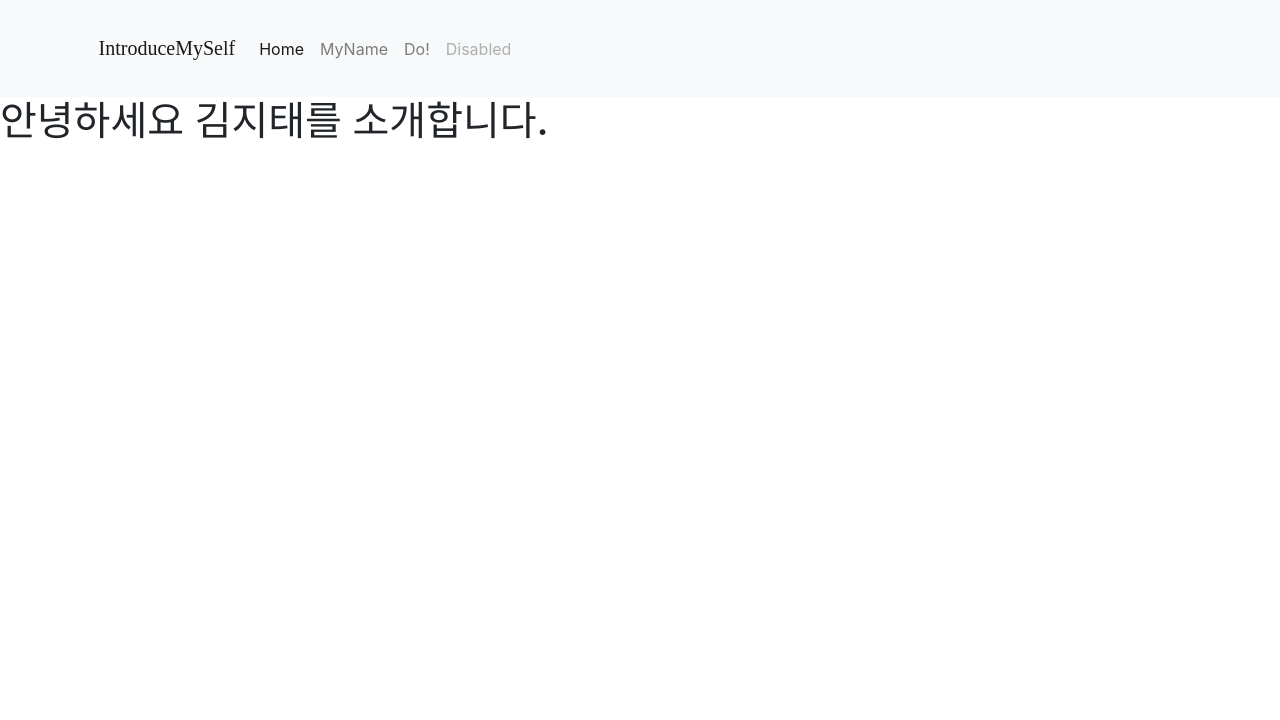
Repository: wlxo0401/IntroduveMySelf
Page: IntroduceMySelf/WebContent/Index.html
The author's editor kept a copy of each file at every save. The page is drawn from the files as they stood at one save, then again after the next save.
The browser window is 1280 px wide. The pictures show the whole page.

Above is the page before, as saved 2020-03-11 05:01:39.

### IntroduceMySelf/WebContent/Index.html
<!DOCTYPE html>
<html>
  <head>
    <!-- Required meta tags -->
    <meta charset="utf-8">
    <meta name="viewport" content="width=device-width, initial-scale=1, shrink-to-fit=no">

    <!-- Bootstrap CSS -->
    <link rel="stylesheet" href="https://stackpath.bootstrapcdn.com/bootstrap/4.4.1/css/bootstrap.min.css" integrity="sha384-Vkoo8x4CGsO3+Hhxv8T/Q5PaXtkKtu6ug5TOeNV6gBiFeWPGFN9MuhOf23Q9Ifjh" crossorigin="anonymous">

    <title>Hello, world!</title>
    <link rel = "stylesheet" href = "style.css">
  </head>
<body>

<div id = "wrap">
	<!-- header -->
	<div id = "header">
		<nav class="navbar navbar-expand-lg navbar-light bg-light nav-distance">
			<a class="navbar-brand" href="#">IntroduceMySelf</a>
		  	<button class="navbar-toggler" type="button" data-toggle="collapse" data-target="#navbarNav" aria-controls="navbarNav" aria-expanded="false" aria-label="Toggle navigation">
		    	<span class="navbar-toggler-icon"></span>
		  	</button>
		  	<div class="collapse navbar-collapse" id="navbarNav">
		    	<ul class="navbar-nav">
		      		<li class="nav-item active">
		        		<a class="nav-link" href="#">Home <span class="sr-only">(current)</span></a>
		      		</li>
		      		<li class="nav-item">
		        		<a class="nav-link" href="#">MyName</a>
		      		</li>
		      		<li class="nav-item">
		        		<a class="nav-link" href="#">Do!</a>
		      		</li>
		      		<li class="nav-item">
		        		<a class="nav-link disabled" href="#" tabindex="-1" aria-disabled="true">Disabled</a>
		      		</li>
		    	</ul>
			</div>
		</nav>
	</div>
	<!-- //header -->
	<!-- container -->
	<div id = "container">
	<h1>안녕하세요 김지태를 소개합니다.</h1>
	</div>
	<!-- //container -->
	<!-- footer -->
	<div id = "footer">
	</div>
	<!-- //footer -->
</div>
<!-- Optional JavaScript -->
<!-- jQuery first, then Popper.js, then Bootstrap JS -->
<script src="https://code.jquery.com/jquery-3.4.1.slim.min.js" integrity="sha384-J6qa4849blE2+poT4WnyKhv5vZF5SrPo0iEjwBvKU7imGFAV0wwj1yYfoRSJoZ+n" crossorigin="anonymous"></script>
<script src="https://cdn.jsdelivr.net/npm/popper.js@1.16.0/dist/umd/popper.min.js" integrity="sha384-Q6E9RHvbIyZFJoft+2mJbHaEWldlvI9IOYy5n3zV9zzTtmI3UksdQRVvoxMfooAo" crossorigin="anonymous"></script>
<script src="https://stackpath.bootstrapcdn.com/bootstrap/4.4.1/js/bootstrap.min.js" integrity="sha384-wfSDF2E50Y2D1uUdj0O3uMBJnjuUD4Ih7YwaYd1iqfktj0Uod8GCExl3Og8ifwB6" crossorigin="anonymous"></script>
</body>
</html>

### IntroduceMySelf/WebContent/style.css
body{
	background-color: #ffffff
}


.nav-distance{
	padding: 2.1% 7.7%
}

.navbar-brand{
	font-family: NanumSquareR;
	line-height: 1.68;
	text-align: left;
	color: #35465d;
}

After the next save:
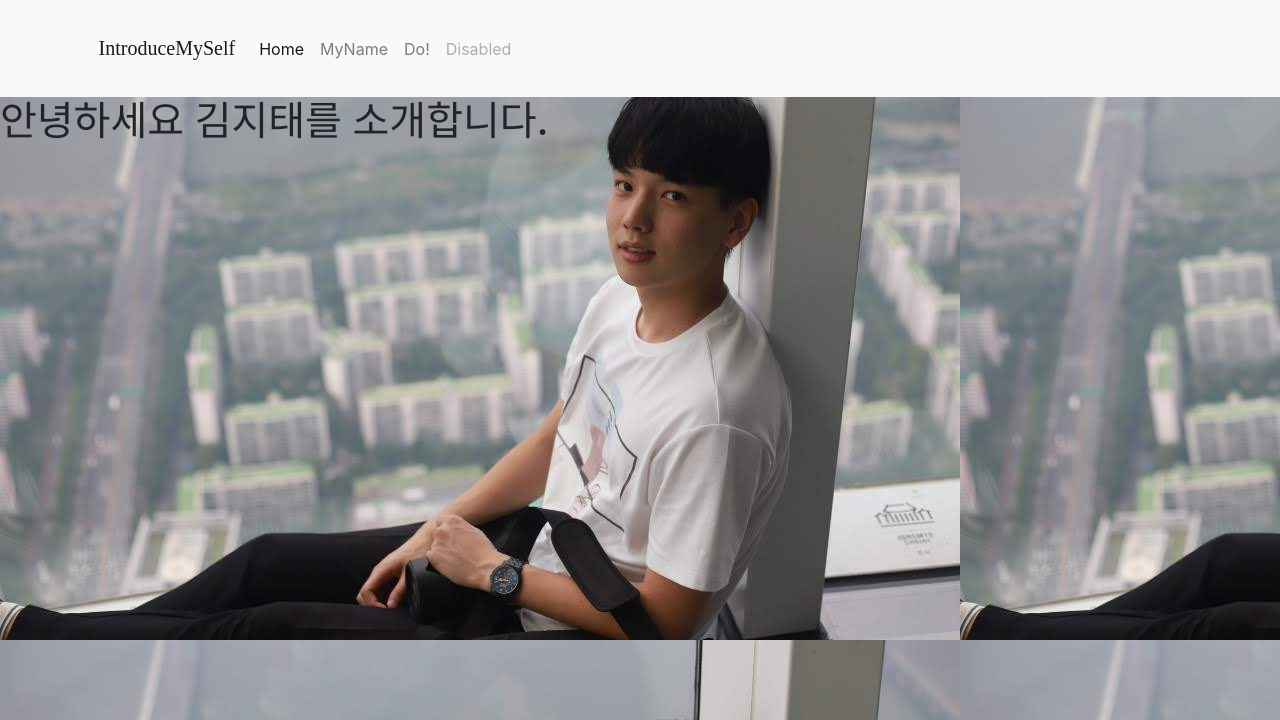
Saved 18 min 8 s later.
--- a/IntroduceMySelf/WebContent/style.css
+++ b/IntroduceMySelf/WebContent/style.css
@@ -1,5 +1,5 @@
 body{
-	background-color: #ffffff
+	background-image: url('img/kimjitae1.jpg');
 }
 
 
